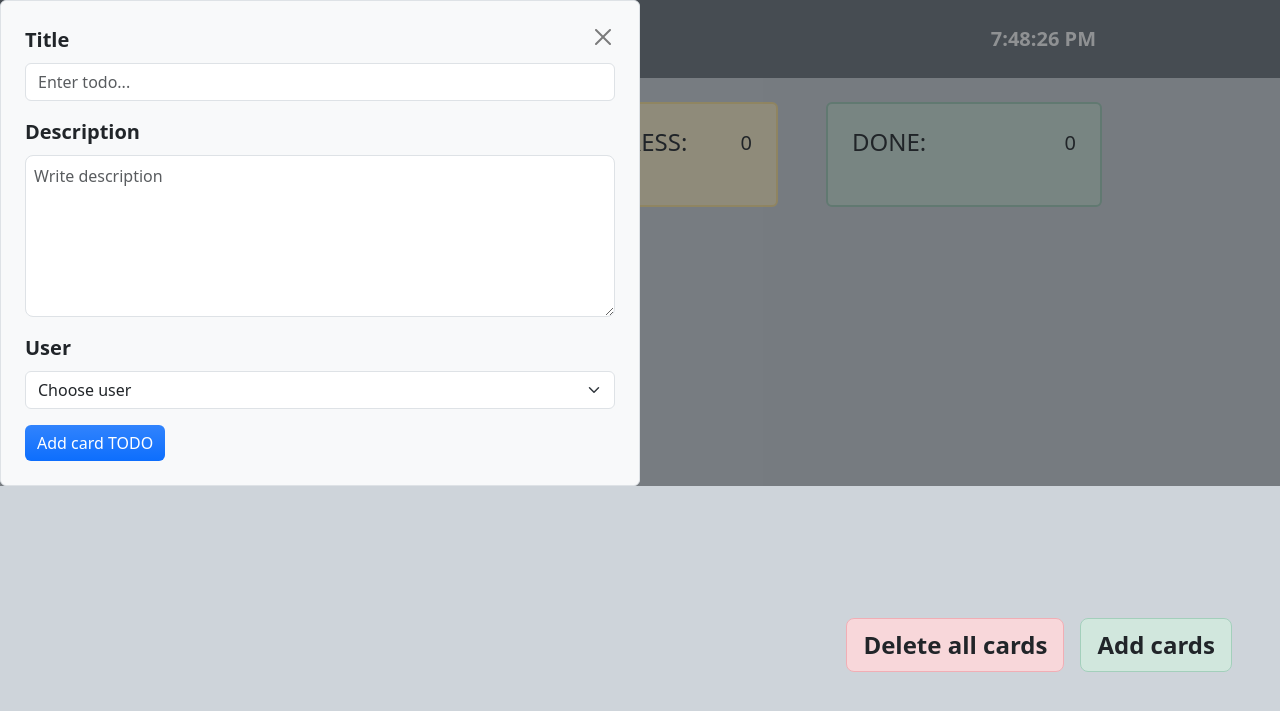
Repository: Valeria154/trello-app-clone
Page: / (app in trello-app-project/)
These files come from the project's save history. The page is drawn as it stood at one moment and after a run of saves; the edit follows.
The browser window is 1280 px wide. The pictures show the whole page.
After loading, the first visible `#addCardBtn` was clicked once.
The project was rebuilt for these pictures with package versions that can differ from the ones it lists, and the page was loaded fresh each time. Also part of the build but not shown: trello-app-project/vite.config.js.

Above is the page before, as saved 2025-03-15 20:59:12.

After the next 2 saves:
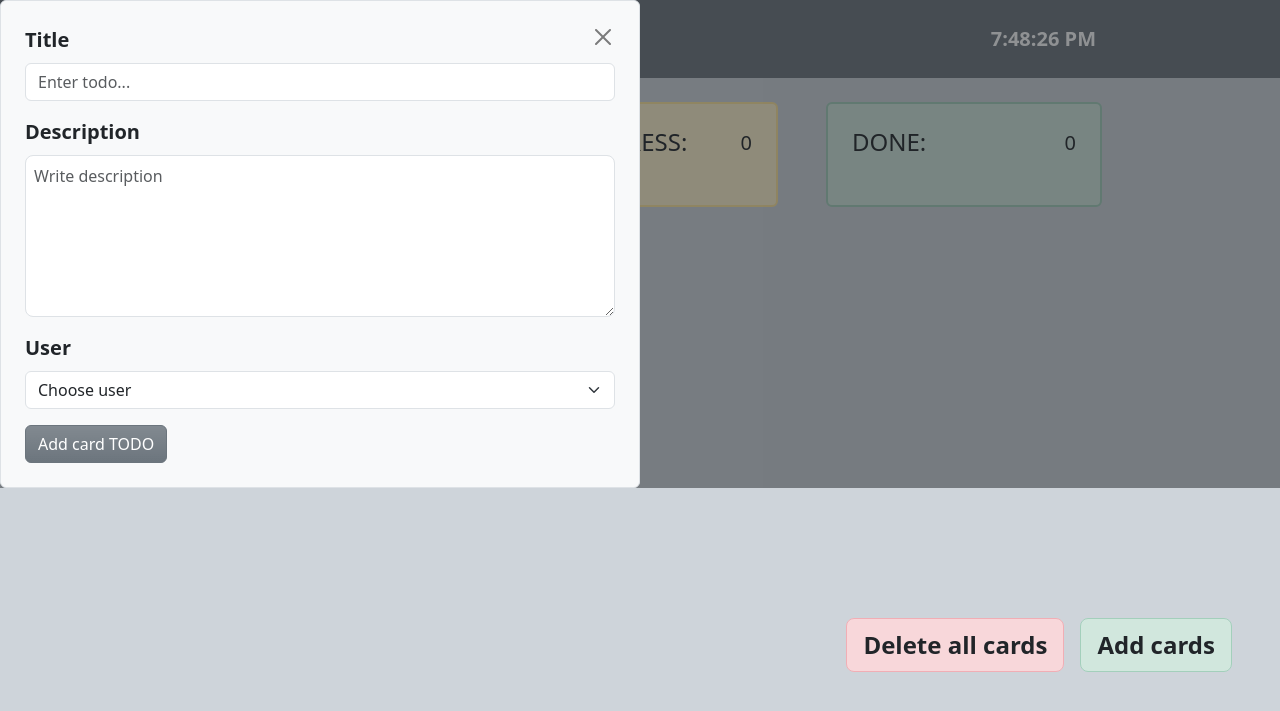
The 2 saves are shown as one change because they came seconds apart.
The last was saved 13 s later.
--- a/trello-app-project/src/main.js
+++ b/trello-app-project/src/main.js
@@ -49,7 +49,7 @@
 								<option value="Susan">Susan</option>
 							</select>
 						</div>
-						<button type="submit" class="btn btn-primary bg-primary bg-gradient border-0">Add card
+						<button type="submit" class="btn btn-primary bg-secondary bg-gradient border-secondary">Add card
 							TODO</button>
 						<button type="button" class="btn-close position-absolute top-0 end-0 me-4 mt-4"
 							aria-label="close"></button>
